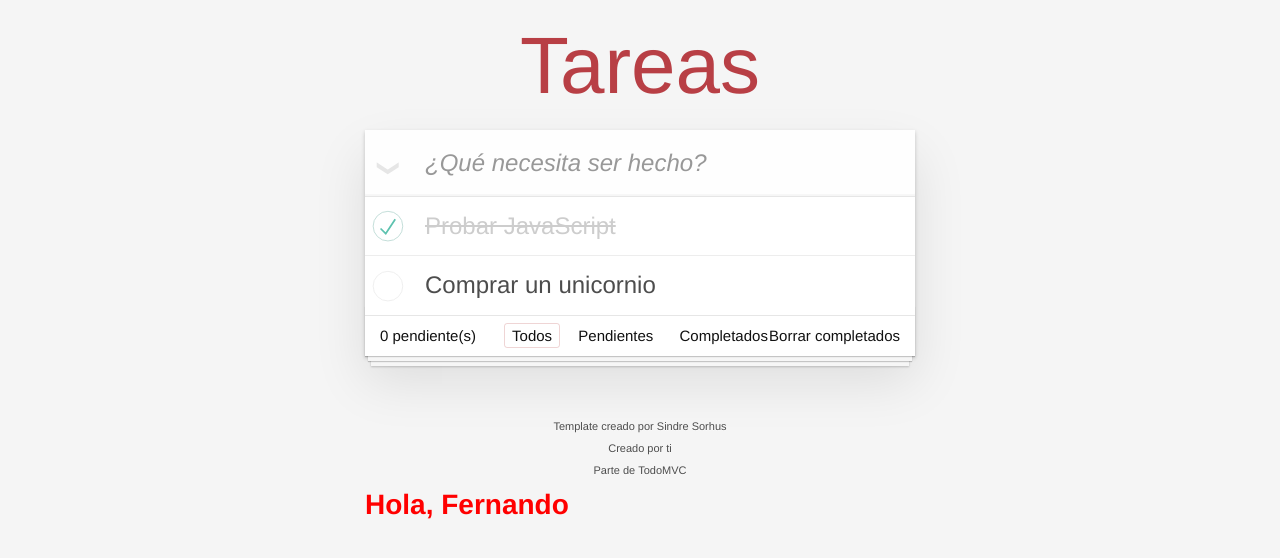
Repository: cgpera/todo-javascript
Page: /
These files come from the project's save history. The page is drawn as it stood at one moment and after the next save; the edit follows.
The browser window is 1280 px wide. The pictures show the whole page.
The project was rebuilt for these pictures with package versions that can differ from the ones it lists, and the page was loaded fresh each time. Also part of the build but not shown: webpack.config.js.

Above is the page before, as saved 2021-03-11 11:15:20.

After the next save:
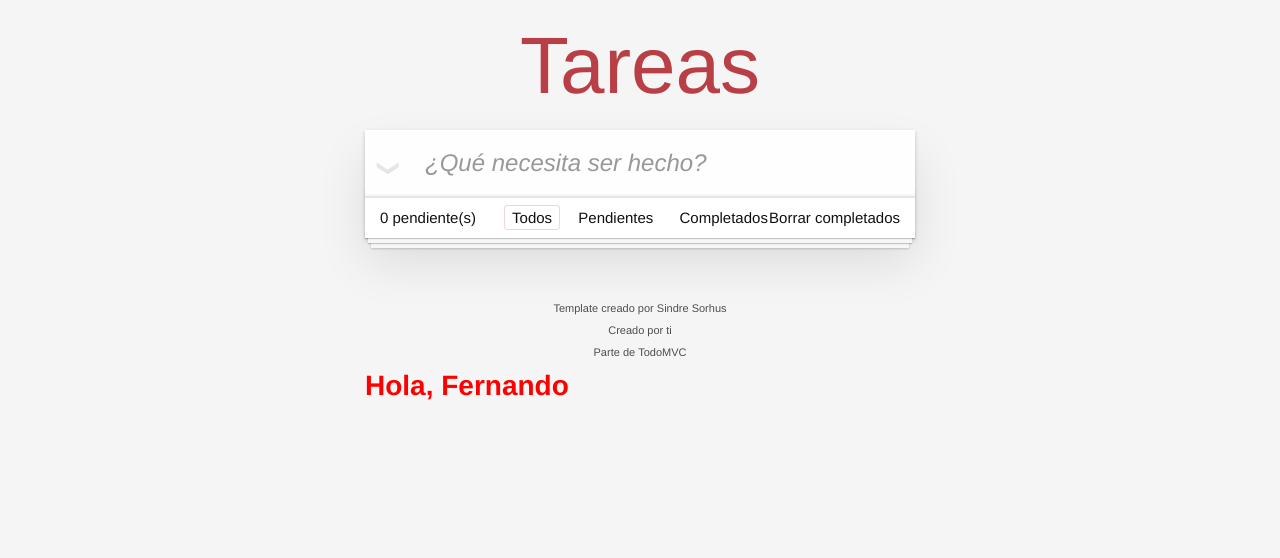
Saved 89 s later.
--- a/src/index.html
+++ b/src/index.html
@@ -20,22 +20,22 @@
             <ul class="todo-list">
                 <!-- These are here just to show the structure of the list items -->
                 <!-- List items should get the class `editing` when editing and `completed` when marked as completed -->
-                <li class="completed" data-id="abc">
+                <!-- <li class="completed" data-id="abc">
                     <div class="view">
                         <input class="toggle" type="checkbox" checked>
                         <label>Probar JavaScript</label>
                         <button class="destroy"></button>
                     </div>
                     <input class="edit" value="Create a TodoMVC template">
-                </li>
-                <li>
-                    <div class="view">
-                        <input class="toggle" type="checkbox">
-                        <label>Comprar un unicornio</label>
-                        <button class="destroy"></button>
-                    </div>
-                    <input class="edit" value="Rule the web">
-                </li>
+                </li> -->
+                <!-- <li>
+						<div class="view">
+							<input class="toggle" type="checkbox">
+							<label>Comprar un unicornio</label>
+							<button class="destroy"></button>
+						</div>
+						<input class="edit" value="Rule the web">
+					</li> -->
             </ul>
         </section>
         <!-- This footer should hidden by default and shown when there are todos -->
